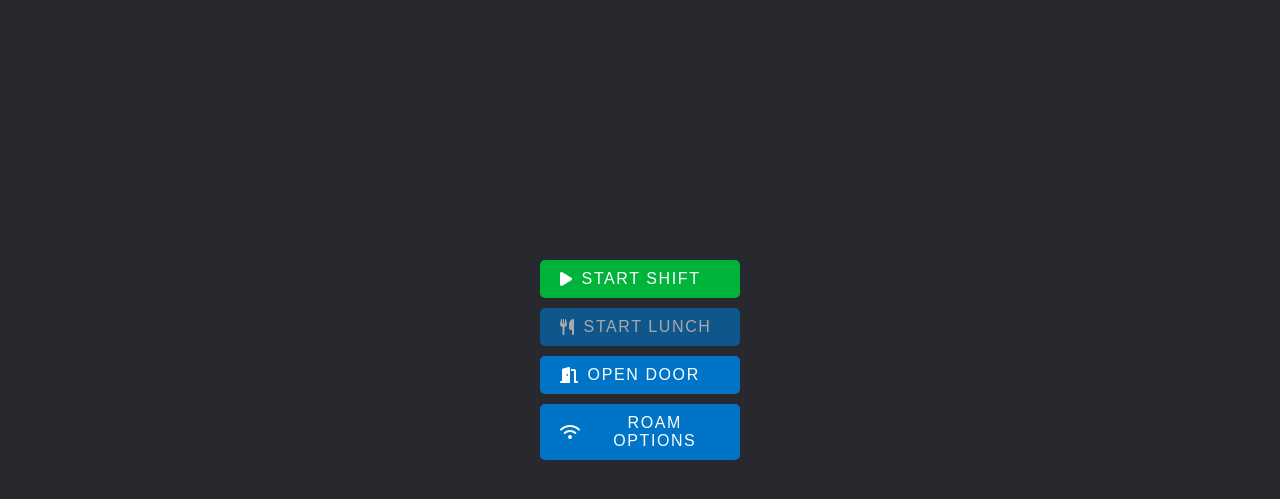
Repository: Philip-Rogers/button-state
Page: experiment.html
The author's editor kept a copy of each file at every save. The page is drawn from the files as they stood at one save, then again after a run of saves.
The browser window is 1280 px wide. The pictures show the whole page.

Above is the page before, as saved 2024-08-14 16:09:03.

### experiment.html
<!DOCTYPE html>
<html lang="en">

<head>
    <meta charset="UTF-8">
    <meta name="viewport" content="width=device-width, initial-scale=1.0">
    <title>Shift and Lunch Toggle Buttons</title>
    <link rel="stylesheet" href="index.css">
    <link rel="stylesheet" href="https://cdnjs.cloudflare.com/ajax/libs/font-awesome/6.5.1/css/all.min.css"
        integrity="sha512-DTOQO9RWCH3ppGqcWaEA1BIZOC6xxalwEsw9c2QQeAIftl+Vegovlnee1c9QX4TctnWMn13TZye+giMm8e2LwA=="
        crossorigin="anonymous" referrerpolicy="no-referrer" />
</head>

<body>

    <!-- Container to hold all buttons -->
    <div class="button-container">
        <!-- Shift Button -->
        <button id="shiftButton" class="toggle-button" onclick="toggleShift()">
            <i class="fa fa-play"></i> Start Shift
        </button>

        <!-- Lunch Button -->
        <button id="lunchButton" class="toggle-button" onclick="toggleLunch()" disabled>
            <i class="fa fa-utensils"></i> Start Lunch
        </button>

        <!-- Open Door Button -->
        <button id="openDoorButton" class="toggle-button" onclick="toggleOpenDoor()">
            <i class="fa fa-door-open"></i> Open Door
        </button>

        <!-- Roaming Options Button -->
        <button id="roamingOptionsButton" class="toggle-button" onclick="toggleRoamingOptions()">
            <i class="fa fa-wifi"></i> Roam Options
        </button>
    </div>

    <script>
        let shiftState = 'start'; // Tracks the state of the Shift button
        let lunchState = 'start'; // Tracks the state of the Lunch button
        let doorState = 'closed'; // Tracks the state of the Open Door button
        let roamingState = 'off'; // Tracks the state of the Roaming Options button

        // Function to toggle the Shift button text and color
        function toggleShift() {
            const shiftButton = document.getElementById('shiftButton');
            const lunchButton = document.getElementById('lunchButton');

            if (shiftState === 'start') {
                shiftButton.innerHTML = '<i class="fa fa-stop"></i> Stop Shift';
                shiftButton.style.backgroundColor = 'hsl(354, 70%, 54%)'; // Red for Stop Shift
                shiftState = 'stop';
                lunchButton.disabled = false; // Enable the Lunch button when Shift is started
            } else {
                // Revert all buttons to their default state
                shiftButton.innerHTML = '<i class="fa fa-play"></i> Start Shift';
                shiftButton.style.backgroundColor = 'hsl(140, 100%, 35%)'; // Green for Start Shift
                shiftState = 'start';
                lunchButton.disabled = true; // Disable the Lunch button when Shift is stopped
                lunchButton.innerHTML = '<i class="fa fa-utensils"></i> Start Lunch'; // Reset Lunch button text
                lunchButton.style.backgroundColor = 'hsl(205, 100%, 39%)'; // Reset Lunch button color
                lunchState = 'start'; // Reset Lunch button state

                // Reset Open Door and Roaming Options buttons
                resetOpenDoor();
                resetRoamingOptions();
            }
        }

        // Function to toggle the Lunch button text and color
        function toggleLunch() {
            const shiftButton = document.getElementById('shiftButton');
            const lunchButton = document.getElementById('lunchButton');

            if (lunchState === 'start') {
                lunchButton.innerHTML = '<i class="fa fa-stop"></i> Stop Lunch';
                lunchButton.style.backgroundColor = 'hsl(354, 70%, 54%)'; // Red for Stop Lunch

                if (shiftState === 'stop') {
                    shiftButton.style.backgroundColor =
                        'hsl(354, 70%, 44%)'; // Darkened red for Stop Shift when disabled
                    shiftButton.disabled = true; // Disable the Stop Shift button
                }

                lunchState = 'stop';
            } else {
                lunchButton.innerHTML = '<i class="fa fa-utensils"></i> Start Lunch';
                lunchButton.style.backgroundColor = 'hsl(205, 100%, 39%)'; // Blue for Start Lunch
                lunchButton.disabled = true; // Disable the Stop Lunch button

                if (shiftState === 'stop') {
                    shiftButton.style.backgroundColor = 'hsl(354, 70%, 54%)'; // Restore the red color for Stop Shift
                    shiftButton.disabled = false; // Re-enable the Stop Shift button
                }

                lunchState = 'start';
            }
        }

        // Function to toggle the Open Door button text and color
        function toggleOpenDoor() {
            const openDoorButton = document.getElementById('openDoorButton');

            if (doorState === 'closed') {
                openDoorButton.innerHTML = '<i class="fa fa-door-closed"></i> Close Door';
                openDoorButton.style.backgroundColor = 'hsl(354, 70%, 54%)'; // Red for Door Opened
                doorState = 'open';
            } else {
                resetOpenDoor();
            }
        }

        // Function to toggle the Roaming Options button text and color
        function toggleRoamingOptions() {
            const roamingOptionsButton = document.getElementById('roamingOptionsButton');

            if (roamingState === 'off') {
                roamingOptionsButton.innerHTML = '<i class="fa fa-wifi-slash"></i> Disable Roaming';
                roamingOptionsButton.style.backgroundColor = 'hsl(354, 70%, 54%)'; // Red for Roaming Enabled
                roamingState = 'on';
            } else {
                resetRoamingOptions();
            }
        }

        // Function to reset the Open Door button to its default state
        function resetOpenDoor() {
            const openDoorButton = document.getElementById('openDoorButton');
            openDoorButton.innerHTML = '<i class="fa fa-door-open"></i> Open Door';
            openDoorButton.style.backgroundColor = 'hsl(205, 100%, 39%)'; // Blue for Door Closed
            doorState = 'closed';
        }

        // Function to reset the Roaming Options button to its default state
        function resetRoamingOptions() {
            const roamingOptionsButton = document.getElementById('roamingOptionsButton');
            roamingOptionsButton.innerHTML = '<i class="fa fa-wifi"></i> Roaming Options';
            roamingOptionsButton.style.backgroundColor = 'hsl(205, 100%, 39%)'; // Blue for Roaming Disabled
            roamingState = 'off';
        }
    </script>

</body>

</html>

### index.css
body {
    background-color: hsl(225, 9%, 17%);
    margin: auto;
    display: flex;
    justify-content: center;
    align-items: center;
    height: 100vh;
    margin: 0;
}

button {
    font-size: 1.25em;
    display: block;
    border-radius: 5px;
    /* background-color: hsl(205, 100%, 39%); */
    background-color: hsl(140, 100%, 35%);
    /* Green for Start Shift */
    color: hsl(354, 70%, 100%);
    padding: 1em 1.25em;
    width: 300px;
    cursor: pointer;
    border: none;
    text-transform: uppercase;
    letter-spacing: 0.1em;
    transition: all .2s ease-in-out;
    /* -webkit-box-reflect: below 10px linear-gradient(transparent, transparent, #0004); */
}


#shiftButton i {
    margin-right: 8px;
}

#shiftButton.stopShift {
    background-color: hsl(354, 70%, 54%);
    /* Red for Stop Shift */
}






/* Container for the buttons to ensure they stack vertically */
.button-container {
    display: flex;
    flex-direction: column;
    align-items: flex-start;
    /* Align buttons to the start of the container */
    gap: 10px;
    /* Space between the buttons */
}

/* Style for the toggle buttons */
.toggle-button {
    color: white;
    background-color: hsl(140, 100%, 35%);
    /* Default green for Start Shift */
    border: none;
    padding: 10px 20px;
    font-size: 16px;
    cursor: pointer;
    display: flex;
    align-items: center;
    width: 200px;
    /* Fixed width for consistency */
}

#lunchButton,
#openDoorButton,
#roamingOptionsButton {
    background-color: hsl(205, 100%, 39%);
    /* Default blue color for Start Lunch, Open Door, and Roaming Options */
}

.toggle-button i {
    margin-right: 8px;
}

.toggle-button:disabled {
    cursor: not-allowed;
    opacity: 0.6;
}

After the next 4 saves:
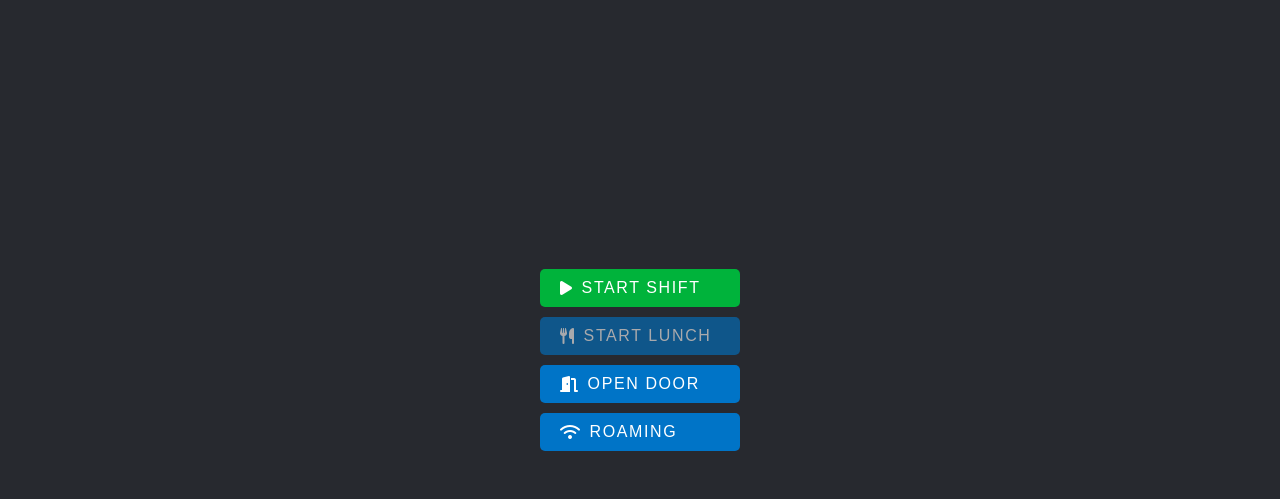
The 4 saves are shown as one change because they came seconds apart.
The last was saved 12 s later.
--- a/experiment.html
+++ b/experiment.html
@@ -32,7 +32,7 @@
 
         <!-- Roaming Options Button -->
         <button id="roamingOptionsButton" class="toggle-button" onclick="toggleRoamingOptions()">
-            <i class="fa fa-wifi"></i> Roam Options
+            <i class="fa fa-wifi"></i> Roaming
         </button>
     </div>
 
